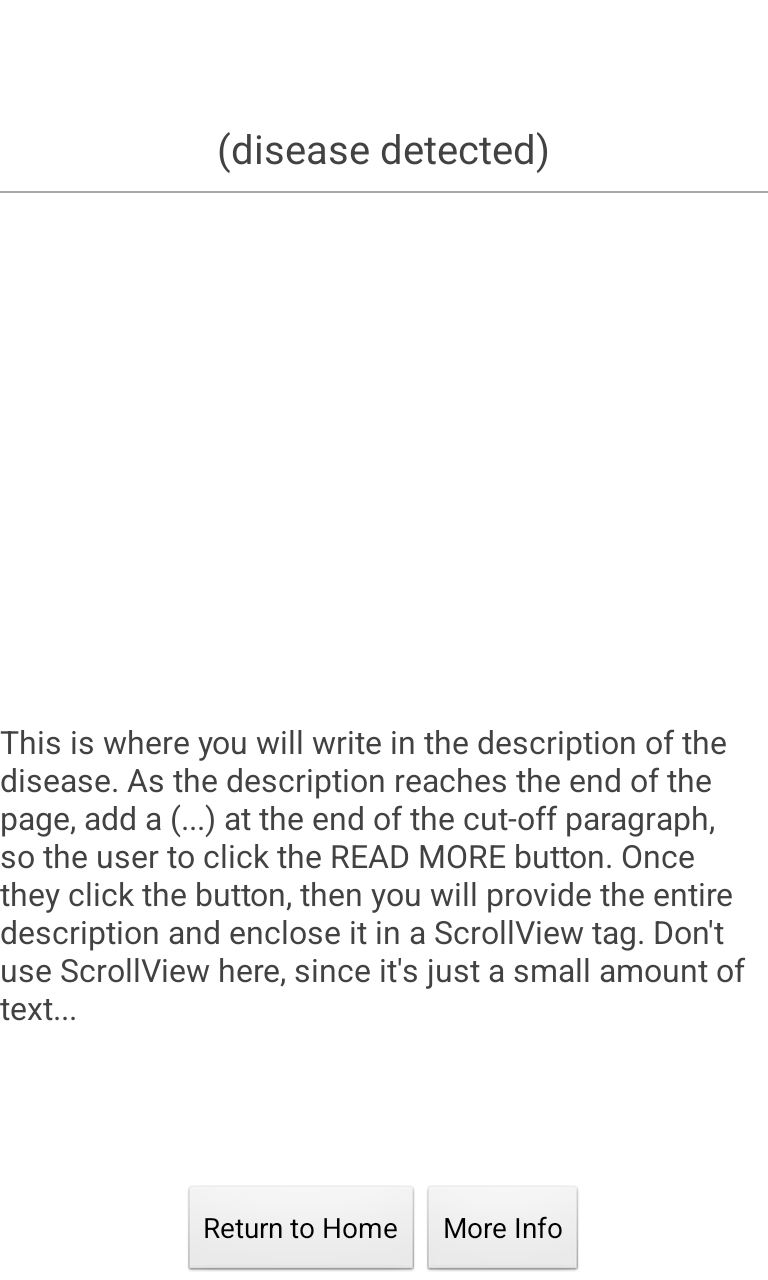
Repository: justnaelin/PhytoSenseIt-app
Layout: PhytoSenseIt/res/layout/activity_results.xml
These files come from the project's save history. The layout is drawn as it stood at one moment and after the next save; the edit follows.
It is drawn on a 768 x 1280 px phone screen (xhdpi) without system bars, with theme android:Theme.NoTitleBar.Fullscreen; the app's code is not run.

Above is the layout before, as saved 2015-07-29 19:00:28.

### PhytoSenseIt/res/layout/activity_results.xml
<LinearLayout xmlns:android="http://schemas.android.com/apk/res/android"
    xmlns:tools="http://schemas.android.com/tools"
    android:layout_width="match_parent"
    android:layout_height="match_parent"
    android:background="#FFFFFF"
    android:orientation="vertical" >

    <TextView
        android:id="@+id/header_text"
        android:layout_width="wrap_content"
        android:layout_height="wrap_content"
        android:layout_gravity="center_horizontal"
        android:textColor="#212121"
        android:textSize="45sp" />

    <TextView
        android:layout_width="wrap_content"
        android:layout_height="wrap_content"
        android:layout_gravity="center_horizontal"
        android:paddingBottom="8dp"
        android:text="(disease detected)"
        android:textColor="#424242"
        android:textSize="20sp" />

    <!-- Line underneath headline -->

    <View
        android:layout_width="match_parent"
        android:layout_height="1dp"
        android:background="@android:color/darker_gray" />

    <!--
         Change as needed. This is just a placeholder so you
            can see what the layout will look like.
    -->

    <ImageView
        android:id="@+id/results_image"
        android:layout_width="wrap_content"
        android:layout_height="0dp"
        android:layout_margin="16dp"
        android:layout_weight="1" />

    <TextView
        android:id="@+id/description"
        android:layout_width="match_parent"
        android:layout_height="0dp"
        android:layout_weight="1"
        android:text="This is where you will write in the description of the disease. As the description reaches the end of the page, add a (...) at the end of the cut-off paragraph, so the user to click the READ MORE button. Once they click the button, then you will provide the entire description and enclose it in a ScrollView tag. Don&apos;t use ScrollView here, since it&apos;s just a small amount of text..."
        android:textColor="#424242"
        android:textSize="16sp" />

    <LinearLayout
        android:layout_width="match_parent"
        android:layout_height="wrap_content"
        android:layout_below="@+id/description"
        android:gravity="center_horizontal"
         >

        <Button
            android:id="@+id/return_home"
            android:layout_width="wrap_content"
            android:layout_height="wrap_content"
            android:text="Return to Home" />

        <Button
            android:id="@+id/read_more"
            android:layout_width="wrap_content"
            android:layout_height="wrap_content"
            android:text="More Info" />
    </LinearLayout>

</LinearLayout>

After the next save:
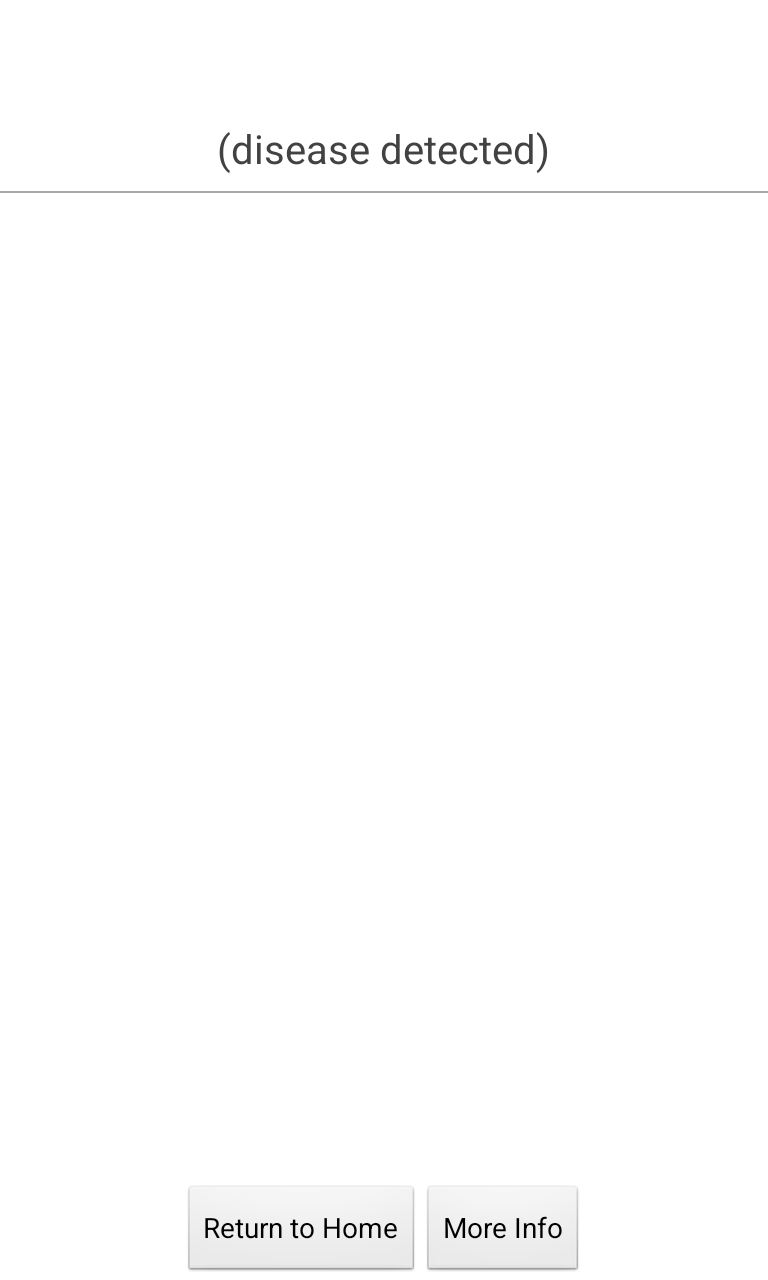
Saved 27 s later.
--- a/PhytoSenseIt/res/layout/activity_results.xml
+++ b/PhytoSenseIt/res/layout/activity_results.xml
@@ -40,7 +40,7 @@
         android:layout_height="0dp"
         android:layout_margin="16dp"
         android:layout_weight="1" />
-
+	<!--
     <TextView
         android:id="@+id/description"
         android:layout_width="match_parent"
@@ -49,11 +49,12 @@
         android:text="This is where you will write in the description of the disease. As the description reaches the end of the page, add a (...) at the end of the cut-off paragraph, so the user to click the READ MORE button. Once they click the button, then you will provide the entire description and enclose it in a ScrollView tag. Don&apos;t use ScrollView here, since it&apos;s just a small amount of text..."
         android:textColor="#424242"
         android:textSize="16sp" />
+        -->
 
     <LinearLayout
         android:layout_width="match_parent"
         android:layout_height="wrap_content"
-        android:layout_below="@+id/description"
+        android:layout_below="@+id/results_image"
         android:gravity="center_horizontal"
          >
 
